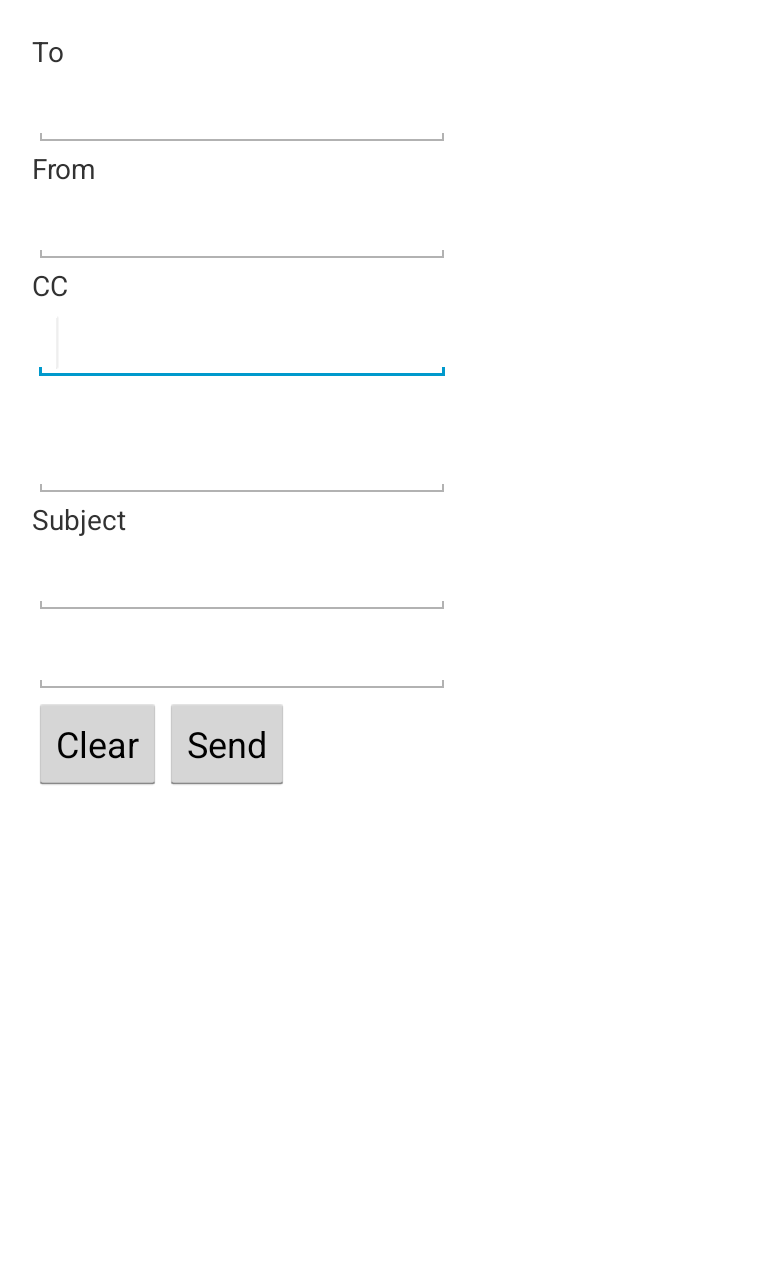
Repository: tmccartan/Android
Layout: Assignment1/res/layout/activity_email_composition.xml
An editor plug-in stored every save of this project. The layout is shown before and after the next save, followed by the edit.
It is drawn on a 768 x 1280 px phone screen (xhdpi) without system bars, with theme AppTheme; the app's code is not run.

Above is the layout before, as saved 2015-02-11 19:37:21.

After the next save:
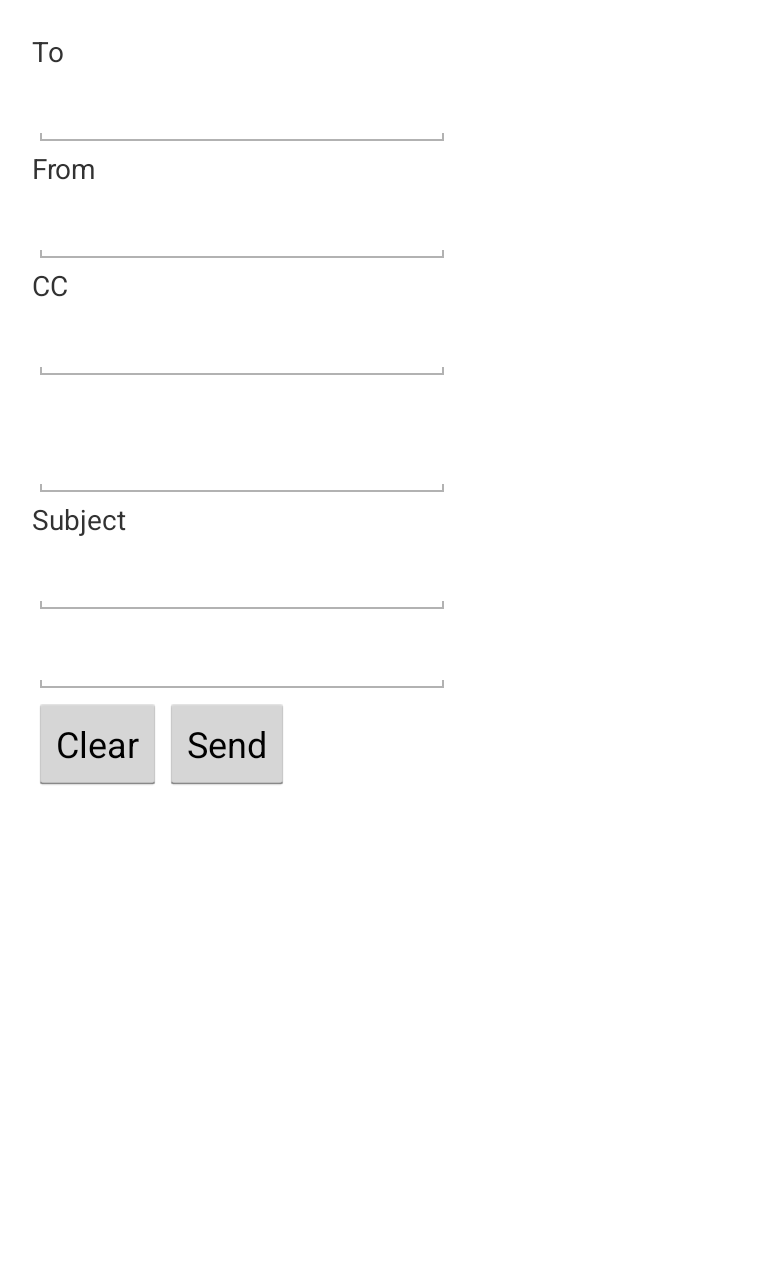
Saved 3 min 43 s later.
--- a/Assignment1/res/layout/activity_email_composition.xml
+++ b/Assignment1/res/layout/activity_email_composition.xml
@@ -93,10 +93,7 @@
                     android:id="@+id/txtCC"
                     android:layout_width="wrap_content"
                     android:layout_height="wrap_content"
-                    android:ems="10" >
-
-                    <requestFocus />
-                </EditText>
+                    android:ems="10" />
 
             </TableRow>
 
